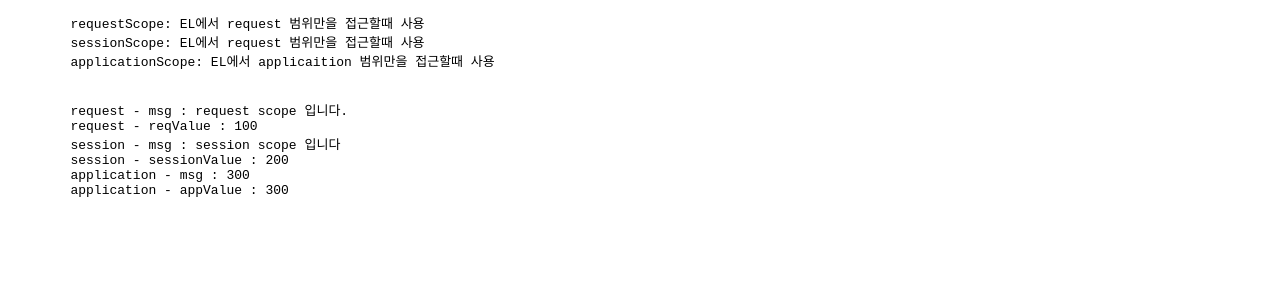
Repository: Seenee-Shin/servlet-jsp
Page: http://localhost/JSPProject/EL/scope
These files come from the project's save history. The page is drawn as it stood at one moment and after the next save; the edit follows.
The browser window is 1280 px wide. The pictures show the whole page.
The page is served by Tomcat 9. Other server files are loaded and not shown.

Above is the page before, as saved 2021-11-29 08:34:23.

### JSPProject/src/main/webapp/WEB-INF/views/EL/scopeResult.jsp
<%@ page language="java" contentType="text/html; charset=UTF-8"
    pageEncoding="UTF-8"%>
<!DOCTYPE html>
<html>
<head>
<meta charset="UTF-8">
<title>Insert title here</title>
</head>
<body>
	<pre>
	requestScope: EL에서 request 범위만을 접근할때 사용
	sessionScope: EL에서 request 범위만을 접근할때 사용
	applicationScope: EL에서 applicaition 범위만을 접근할때 사용


	request - msg : ${requestScope.msg}
	request - reqValue : ${requestScope.reqValue}
	session - msg : ${sessionScope.msg}
	session - sessionValue : ${sessionScope.sessionValue}
	application - msg : ${applicationScope.msg }
	application - appValue : ${applicationScope.appValue }
	</pre>
</body>
</html>

### JSPProject/src/main/java/edu/kh/jsp/controller/ScopeServlet.java
package edu.kh.jsp.controller;

import java.io.IOException;

import javax.servlet.RequestDispatcher;
import javax.servlet.ServletContext;
import javax.servlet.ServletException;
import javax.servlet.annotation.WebServlet;
import javax.servlet.http.HttpServlet;
import javax.servlet.http.HttpServletRequest;
import javax.servlet.http.HttpServletResponse;
import javax.servlet.http.HttpSession;


@WebServlet("/EL/scope")
public class ScopeServlet extends HttpServlet{
	//a 태그를 이용한 요청은 get
	@Override
	protected void doGet(HttpServletRequest req, HttpServletResponse resp) throws ServletException, IOException {
		// request scope
		req.setAttribute("msg", "request scope 입니다.");
		req.setAttribute("reqValue", 100);

		HttpSession session = req.getSession(); // session객체 얻어오기
		session.setAttribute("msg", "session scope 입니다");
		session.setAttribute("sessionValue", 200);

		ServletContext application = req.getServletContext(); // application 객체 얻어오기
		application.setAttribute("msg", 300);
		application.setAttribute("appValue", 300);

		//JSP로 요청 위임
		String path = "/WEB-INF/views/EL/scopeResult.jsp";
		RequestDispatcher dispatcher = req.getRequestDispatcher(path);

		dispatcher.forward(req, resp);
	}

}

After the next save:
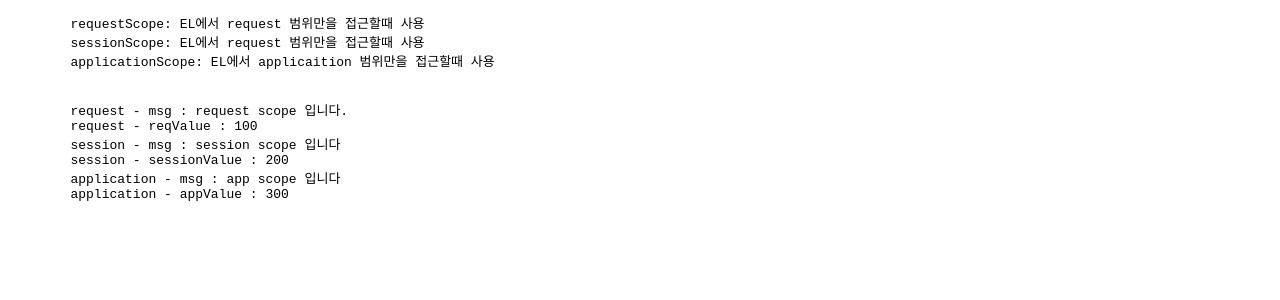
Saved 21 s later.
--- a/JSPProject/src/main/java/edu/kh/jsp/controller/ScopeServlet.java
+++ b/JSPProject/src/main/java/edu/kh/jsp/controller/ScopeServlet.java
@@ -26,7 +26,7 @@ public class ScopeServlet extends HttpServlet{
 		session.setAttribute("sessionValue", 200);
 
 		ServletContext application = req.getServletContext(); // application 객체 얻어오기
-		application.setAttribute("msg", 300);
+		application.setAttribute("msg", "app scope 입니다");
 		application.setAttribute("appValue", 300);
 
 		//JSP로 요청 위임
